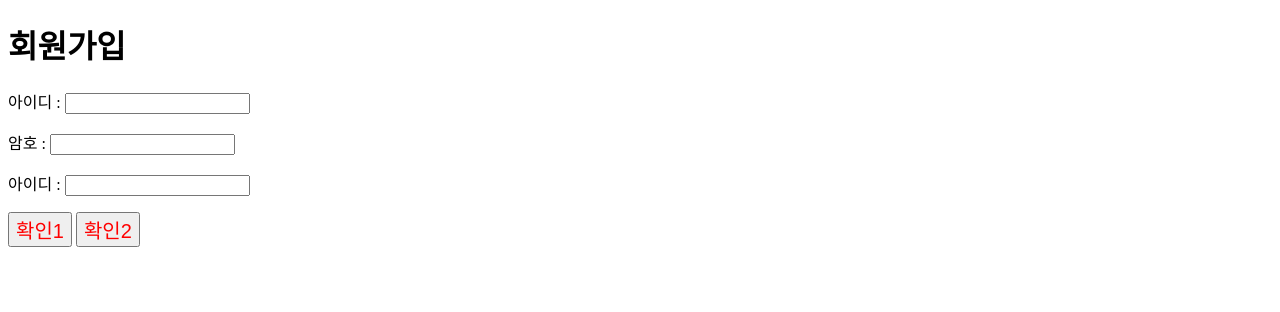
Repository: SongHyeSun/JSP
Page: http://localhost/och15_ajax/ch03/uiRun.jsp
The author's editor kept a copy of each file at every save. The page is drawn from the files as they stood at one save, then again after the next save.
The browser window is 1280 px wide. The pictures show the whole page.
The page is served by Tomcat 9.

Above is the page before, as saved 2024-07-22 06:17:04.

After the next save:
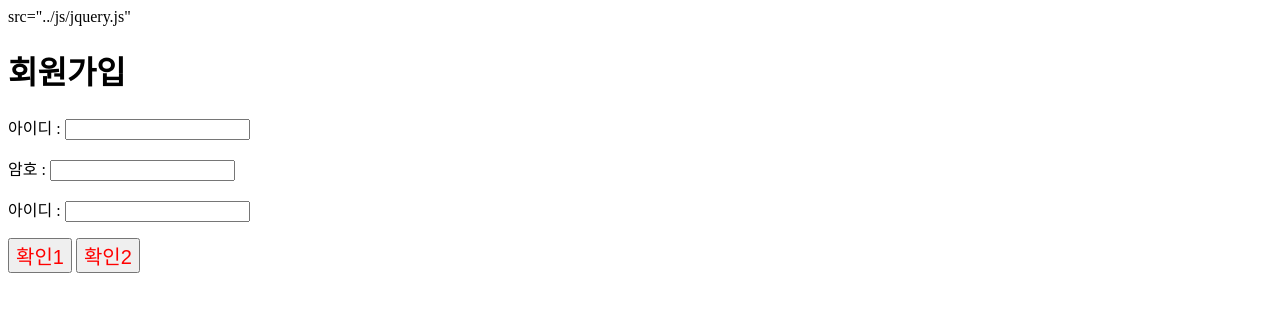
Saved 86 s later.
--- a/jspSrc17/och15_ajax/src/main/webapp/ch03/uiRun.jsp
+++ b/jspSrc17/och15_ajax/src/main/webapp/ch03/uiRun.jsp
@@ -10,7 +10,10 @@
 	          font-size:20px;
 	     }
 </style>
+src="../js/jquery.js"
+<script type="text/javascript">
 
+</script>
 </head>
 <body>
 	<h1>회원가입</h1>

After the save that followed:
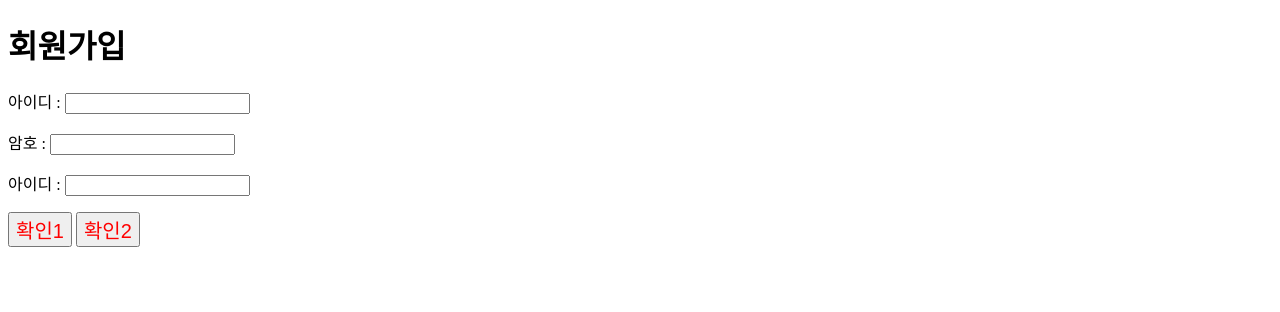
Saved 5 s later.
--- a/jspSrc17/och15_ajax/src/main/webapp/ch03/uiRun.jsp
+++ b/jspSrc17/och15_ajax/src/main/webapp/ch03/uiRun.jsp
@@ -10,7 +10,7 @@
 	          font-size:20px;
 	     }
 </style>
-src="../js/jquery.js"
+<script type="text/javascript" src="../js/jquery.js"></script>
 <script type="text/javascript">
 
 </script>
